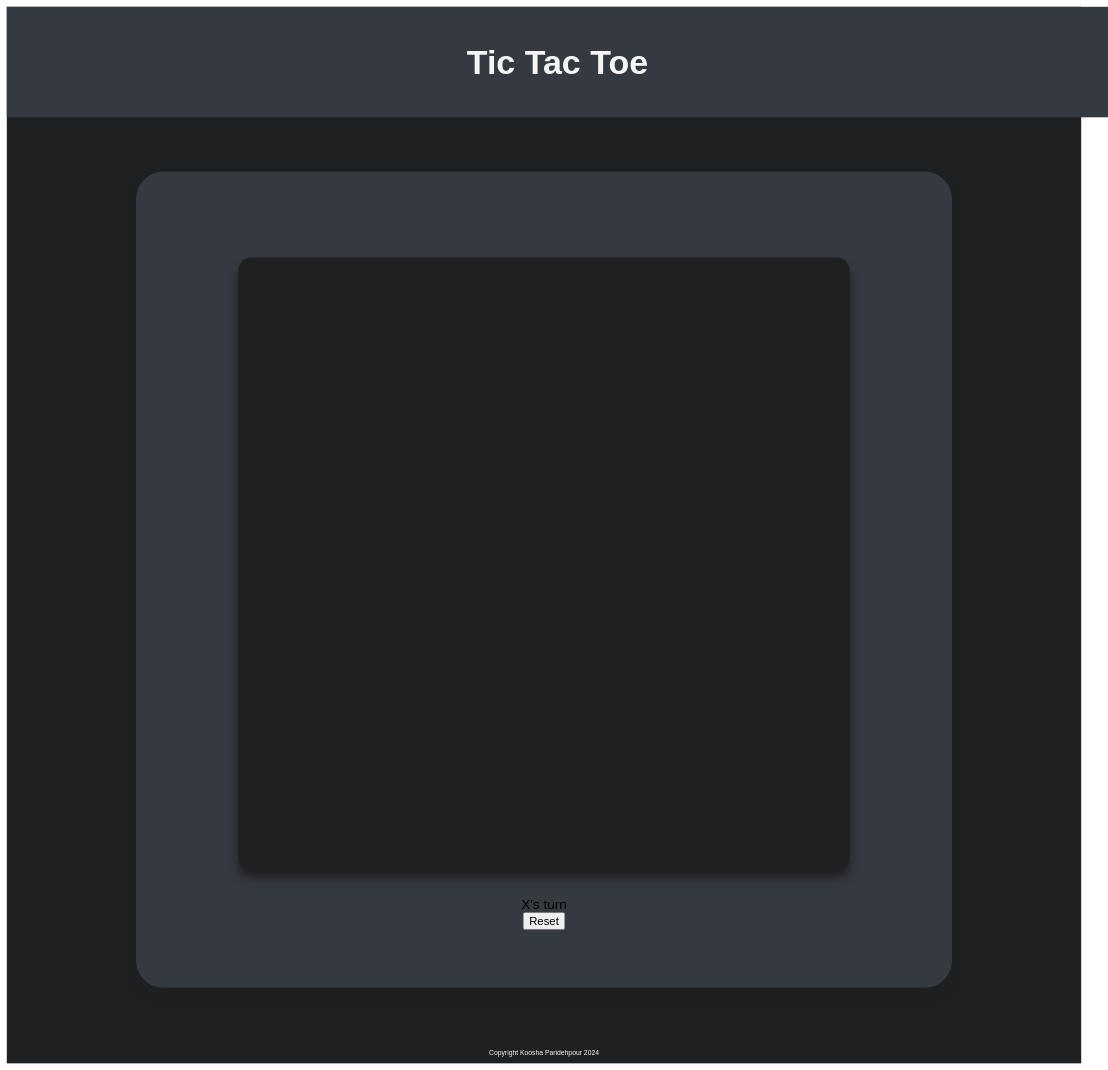
Repository: KooshaPari/odin-TTT
Page: index.html
These files come from the project's save history. The page is drawn as it stood at one moment and after the next save; the edit follows.
The browser window is 1280 px wide. The page is 1304 px wide, so the pictures cover 1304 px, including what lies to the right of the window. The pictures show the whole page, at 85% of full size.
The pointer rests on the first visible `#game`.

Above is the page before, as saved 2024-03-14 22:49:45.

### index.html
<!doctype html>
<html lang="en">
  <head>
    <meta charset="UTF-8" />

    <link rel="stylesheet" href="./style.css" />
    <meta name="viewport" content="width=device-width, initial-scale=1.0" />
    <title>Document</title>
  </head>
  <body>
    <div id="parent">
      <div id="header">
        <h1>Tic Tac Toe</h1>
      </div>
      <div id="body">
        <div id="game">
          <div id="board">
            <div class="square" id="0"></div>
            <div class="square" id="1"></div>
            <div class="square" id="2"></div>
            <div class="square" id="3"></div>
            <div class="square" id="4"></div>
            <div class="square" id="5"></div>
            <div class="square" id="6"></div>
            <div class="square" id="7"></div>
            <div class="square" id="8"></div>
          </div>
          <div id="status">X's turn</div>
          <button id="reset">Reset</button>
        </div>
      </div>
      <div id="footer">
        <p>Copyright Koosha Paridehpour 2024</p>
      </div>
    </div>
  </body>
</html>

### style.css
* {
  font-family: sans-serif;
}
#parent {
  background-color: #1f2022;
  width: 100%;
  height: 100%;
}
#header {
  background-color: #353a40;
  padding: 1.25%;
  width: 100%;
  height: 100%;
}
#header h1 {
  color: #f6f5f5;

  font-size: 2.5em;
}
#footer p {
  color: #f6f5f5;
  font-size: 0.5em;
}

#header,
#footer,
#body {
  display: flex;
  align-items: center;
  justify-content: center;
}
#title {
  color: #f6f5f5;
}
#body {
  flex-direction: column;
}
#game {
  display: flex;
  flex-direction: column;
  justify-content: center;
  align-items: center;
  background-color: #353a40;
  border-radius: 2em;
  margin: 5vw;
  box-shadow: 0px 10px 10px #1f2022;
  width: 75vw;
  height: 75vw;
  -webkit-border-radius: 2em;
  -moz-border-radius: 2em;
  -ms-border-radius: 2em;
  -o-border-radius: 2em;
}
#board {
  width: 75%;
  height: 75%;
  background-color: #1f2022;
  border-radius: 1em;
  margin: 2em;
  box-shadow: 0px 10px 10px #1f2022;
  -webkit-border-radius: 1em;
  -moz-border-radius: 1em;
  -ms-border-radius: 1em;
  -o-border-radius: 1em;
}
#board:hover {
  transform: scale(1.025) translate(0, -1em);
  transition: 0.5s ease-in-out;
  -webkit-transform: scale(1.025) translate(0, -1em);
  -moz-transform: scale(1.025) translate(0, -1em);
  -ms-transform: scale(1.025) translate(0, -1em);
  -o-transform: scale(1.025) translate(0, -1em);
  -webkit-transition: 0.5s ease-in-out;
  -moz-transition: 0.5s ease-in-out;
  -ms-transition: 0.5s ease-in-out;
  -o-transition: 0.5s ease-in-out;
}

After the next save:
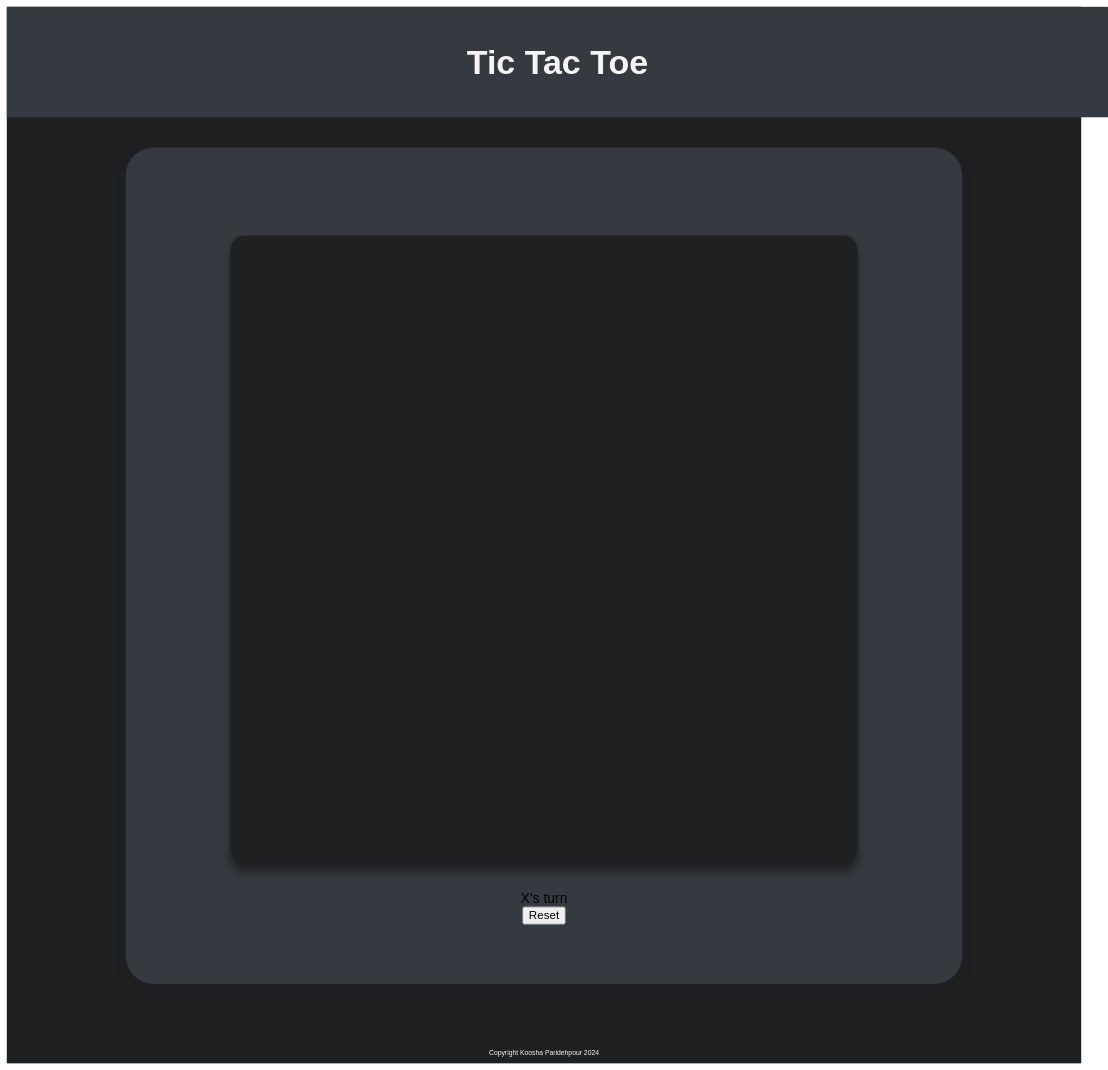
Saved 16 s later.
--- a/style.css
+++ b/style.css
@@ -53,6 +53,7 @@
 }
 #board {
   width: 75%;
+
   height: 75%;
   background-color: #1f2022;
   border-radius: 1em;
@@ -75,3 +76,7 @@
   -ms-transition: 0.5s ease-in-out;
   -o-transition: 0.5s ease-in-out;
 }
+#game:hover {
+  transform: scale(1.025) translate(0, -1em);
+  transition: 0.5s ease-in-out;
+}
